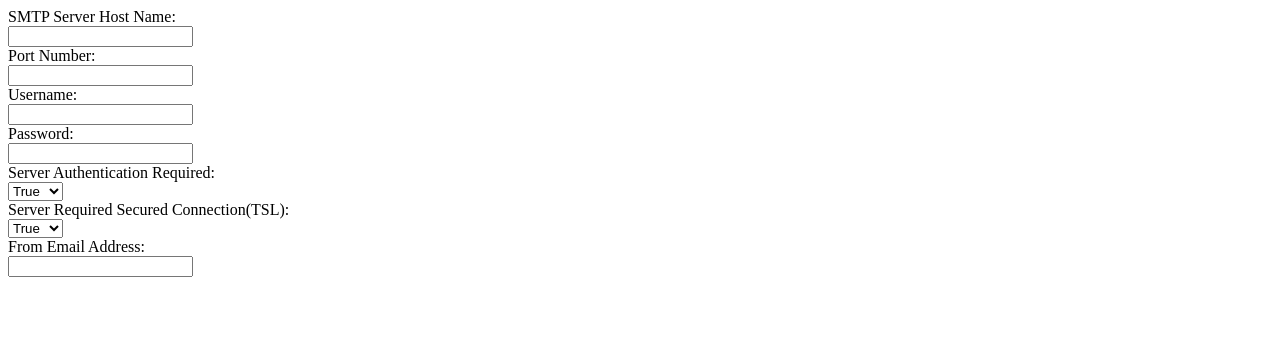
Repository: thanhadp24/mylocal
Page: http://localhost/settings/mail_server
An editor plug-in stored every save of this project. The page is shown before and after the next save, followed by the edit.
The browser window is 1280 px wide. The pictures show the whole page.
The page is this project's Thymeleaf template; nobody is signed in. The template is opened directly, without the code that normally fills it, so the values that code supplies are empty.

Above is the page before, as saved 2024-12-11 16:12:48.

After the next save:
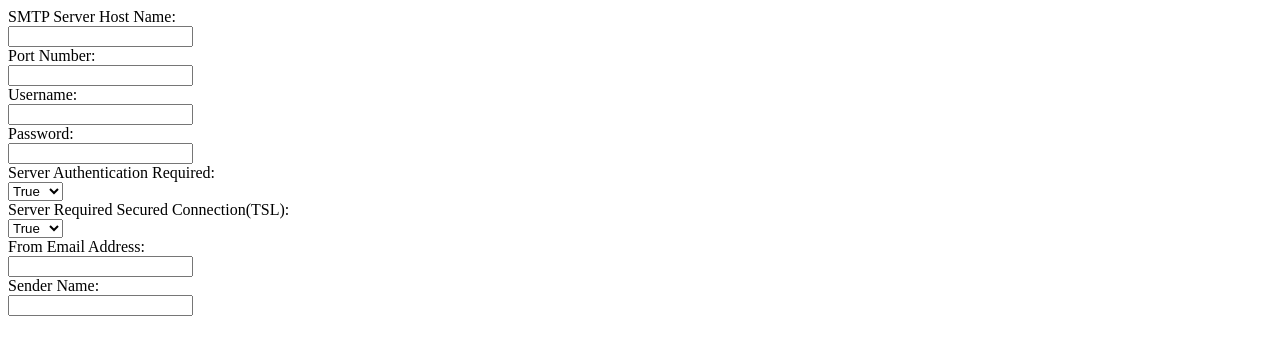
Saved 15 s later.
--- a/ShopappProject/ShopappWebParent/ShopappBackEnd/src/main/resources/templates/settings/mail_server.html
+++ b/ShopappProject/ShopappWebParent/ShopappBackEnd/src/main/resources/templates/settings/mail_server.html
@@ -51,6 +51,12 @@
 			<input type="text" class="form-control" >
 		</div>
 	</div>
+	<div class="form-group row">
+		<label class="col-sm-4 col-form-label">Sender Name:</label>
+		<div class="col-sm-8">
+			<input type="text" class="form-control" >
+		</div>
+	</div>
 
 </div>
 </body>
